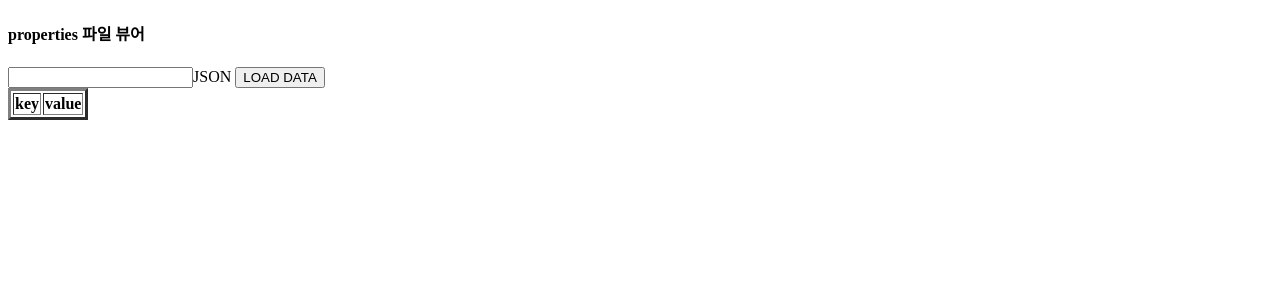
Repository: YOUNARAE/JSP
Page: http://localhost/WebStudy01/03/props/propsView.do
The author's editor kept a copy of each file at every save. The page is drawn from the files as they stood at one save, then again after the next save.
The browser window is 1280 px wide. The pictures show the whole page.
The page is served by Tomcat 9. Other server files are loaded and not shown.

Above is the page before, as saved 2022-12-09 06:38:58.

### WebStudy01/src/main/webapp/WEB-INF/views/03/propsView.jsp
<%@ page language="java" contentType="text/html; charset=UTF-8" pageEncoding="UTF-8"%>
<!DOCTYPE html>
<html>
<head>
<meta charset="UTF-8">
<title>Insert title here</title>
<script type="text/javascript" src="<%=request.getContextPath() %>/resources/jquery-3.6.1.min.js"></script>
</head>
<body>
<h4>properties  파일 뷰어</h4>
<!-- <img src="../../resources/images/cat1.jpg" /> -->

<label>
	<input tye="radio" name="dataType" />JSON
</label>
<button type="button" class="loadData">LOAD DATA</button>
<table border="3px">
	<thead>
		<tr>
			<th>key</th>
			<th>value</th>
		</tr>
	</thead>
	<tbody id="listBody" >

	</tbody>
</table>
<script type="text/javascript">
	let listBody = $("#listBody");
	let btn = $(".loadData").on("click",function(){
		$.ajax({
			dataType : "json",
			success : function(resp) { //3,4의 작업이 끝나서 들어오는 게 resp->원형은 properties 형태였다는 의미다.
				let trTags = [];
				$.each(resp,function(name, value){
					let tr = $("<tr>").append(
						$("<td>").html(name),
						$("<td>").html(value)
					);
					trTags.push(tr);
				})

				listBody.empty();
				listBody.append(trTags);
			},
			error : function(jqXHR, status, error) {
				console.log(jqXHR);
				console.log(status);
				console.log(error);
			}
		});
	})
</script>
</body>
</html>

### WebStudy01/src/main/java/kr/or/ddit/servlet04/PropertiesControllerServlet.java
package kr.or.ddit.servlet04;

import java.io.BufferedWriter;
import java.io.File;
import java.io.FileWriter;
import java.io.IOException;
import java.io.InputStream;
import java.io.PrintWriter;
import java.util.Enumeration;
import java.util.LinkedHashMap;
import java.util.Map;
import java.util.Properties;

import javax.servlet.ServletException;
import javax.servlet.annotation.WebServlet;
import javax.servlet.http.HttpServlet;
import javax.servlet.http.HttpServletRequest;
import javax.servlet.http.HttpServletResponse;

import com.fasterxml.jackson.databind.ObjectMapper;
import com.fasterxml.jackson.dataformat.xml.XmlMapper;

import kr.or.ddit.servlet01.DescriptionServlet;
import kr.or.ddit.servlet04.service.PropertiesService;
import kr.or.ddit.servlet04.service.PropertiesServiceImpl;

@WebServlet("/03/props/propsView.do")
public class PropertiesControllerServlet extends HttpServlet{
	private PropertiesService service = new PropertiesServiceImpl();

	@Override
	protected void doGet(HttpServletRequest req, HttpServletResponse resp) throws ServletException, IOException {
		String accept = req.getHeader("Accept"); // */*

		Object target = service.retrieveData(); //모델확보
		req.setAttribute("target", target); //모델 공유

		String path = null;

		if(accept.startsWith("*/*")||accept.toLowerCase().contains("html")) {
			path = "/WEB-INF/views/03/propsView.jsp"; //모델 선택
		} else if(accept.toLowerCase().contains("json")) {
			path = "/jsonView.do";
		} else if(accept.toLowerCase().contains("xml")){
			path = "/xmlView.do";
		}
		req.getRequestDispatcher(path).forward(req, resp); //4.모델이동

	}
}

### WebStudy01/src/main/java/kr/or/ddit/servlet04/service/PropertiesServiceImpl.java
package kr.or.ddit.servlet04.service;

import java.io.InputStream;
import java.util.Locale;
import java.util.Properties;
import java.util.ResourceBundle;

import kr.or.ddit.servlet01.DescriptionServlet;

public class PropertiesServiceImpl implements PropertiesService {

	@Override
	public Properties retrieveData() {
		Properties properties = new Properties();
		try(
			InputStream is  = DescriptionServlet.class.getResourceAsStream("/kr/or/ddit/props/DataStore.properties");
		){
			properties.load(is);
		}catch(Exception e) {
			throw new RuntimeException(e);//주의할 점,e를 안 넣으면 완전히 다른 예외가 되어버린다
		}
		return properties;
	}

	public void resourceBundle() {
		String baseName = "kr.or.ddit.props.Message";
		ResourceBundle bundle = ResourceBundle.getBundle(baseName, Locale.ENGLISH);
	}

}

Loaded but not shown: WebStudy01/src/main/webapp/resources/jquery-3.6.1.min.js (library)

After the next save:
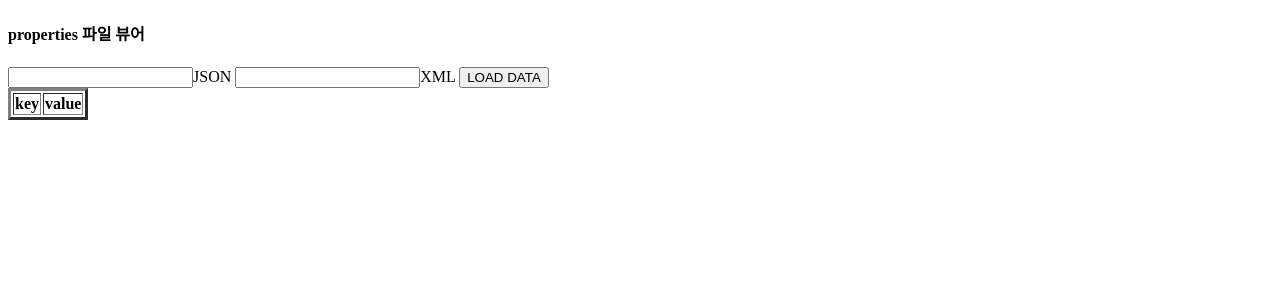
Saved 13 s later.
--- a/WebStudy01/src/main/webapp/WEB-INF/views/03/propsView.jsp
+++ b/WebStudy01/src/main/webapp/WEB-INF/views/03/propsView.jsp
@@ -12,6 +12,9 @@
 
 <label>
 	<input tye="radio" name="dataType" />JSON
+</label>
+<label>
+	<input tye="radio" name="dataType" />XML
 </label>
 <button type="button" class="loadData">LOAD DATA</button>
 <table border="3px">
